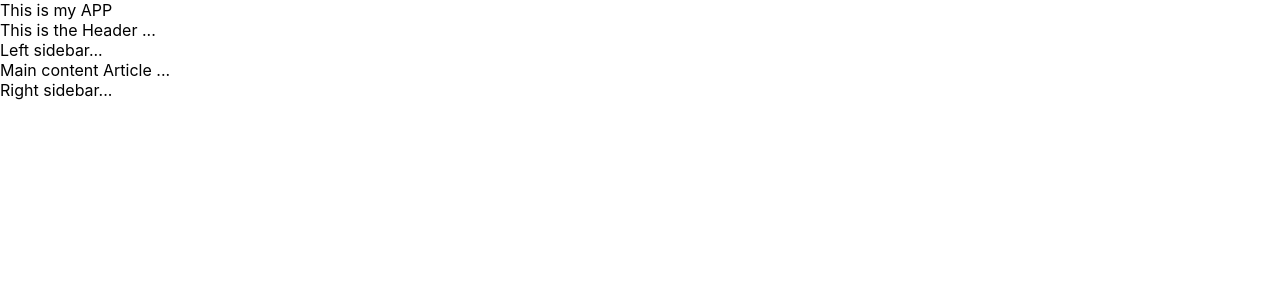
Repository: vnevescode/ui-components-react
Page: /
The author's editor kept a copy of each file at every save. The page is drawn from the files as they stood at one save, then again after the next save.
The browser window is 1280 px wide. The pictures show the whole page.
The project was rebuilt for these pictures with package versions that can differ from the ones it lists, and the page was loaded fresh each time. Also part of the build but not shown: src/components/Cards/Cards.styles.css, src/components/Cards/Cards.jsx.

Above is the page before, as saved 2022-06-09 22:35:23.

### src/App.js
import React from 'react';
import Cards from './components/Cards/Cards';
import HolyGrailLayout from './components/HolyGrailLayout/HolyGrailLayout';

function App() {
  return (
    <div className="App">
      <div>This is my APP</div>
      <HolyGrailLayout/>
    </div>
  );
}

export default App;

### src/components/HolyGrailLayout/HolyGrailLayout.jsx
import React from 'react'

const HolyGrailLayout = () => {
  return (
    <>
        <div className="container">
            <header>
                {'This is the Header ... '}
            </header>
            <main className='container__main'>
                {/* Left sidebar */}
                <aside className='conteiner__left'>
                    {' Left sidebar...'}
                </aside>
                {/* Main content */}
                <article className='container__middle'>
                    {' Main content Article ...'}
                </article>

                {/* Right sidebar */}
                <nav className='container__right'>
                    {' Right sidebar...'}
                </nav>
            </main>
        </div>
    </>
  )
}

export default HolyGrailLayout

Loaded but not shown: public/index.html (common file); src/index.js (common file); src/index.css (common file)

After the next save:
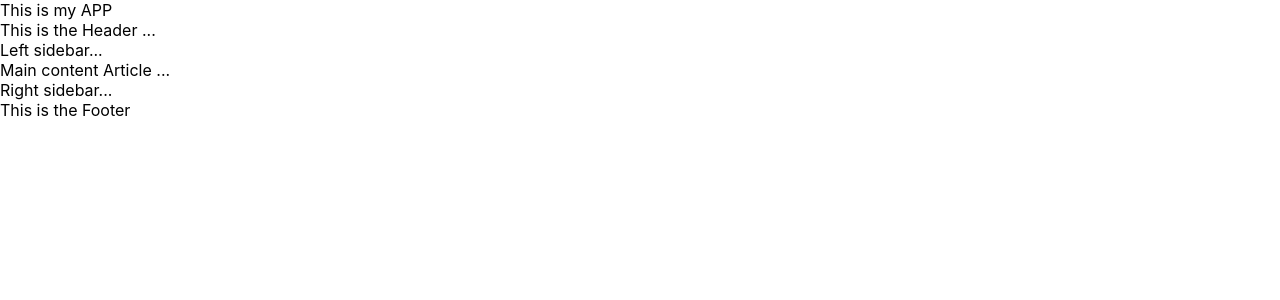
Saved 18 s later.
--- a/src/components/HolyGrailLayout/HolyGrailLayout.jsx
+++ b/src/components/HolyGrailLayout/HolyGrailLayout.jsx
@@ -22,6 +22,9 @@ const HolyGrailLayout = () => {
                     {' Right sidebar...'}
                 </nav>
             </main>
+            <footer>
+                {'This is the Footer'}
+            </footer>
         </div>
     </>
   )
